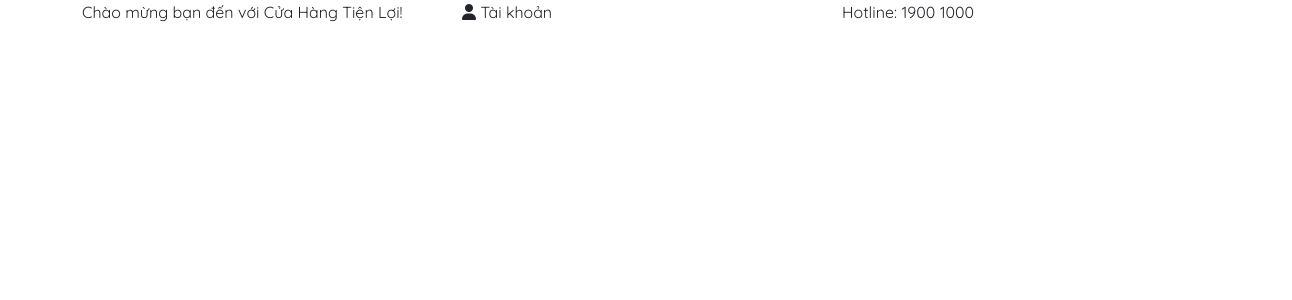
Repository: PAnhDuc/food.demo
Page: index.html
An editor plug-in stored every save of this project. The page is shown before and after the next save, followed by the edit.
The browser window is 1280 px wide. The page is 1280 px wide, then 1292 px, then 1280 px, so the pictures cover 1292 px, including what lies to the right of the window. The pictures show the whole page.
Some web libraries are served in a nearby version.

Above is the page before, as saved 2024-11-13 19:39:51.

### index.html
<!DOCTYPE html>
<html lang="en">

<head>
    <meta charset="UTF-8">
    <meta name="viewport" content="width=device-width, initial-scale=1.0">
    <title>Food Demo</title>
    <link rel="stylesheet" href="./assets/style.css">
    <link href="https://cdn.jsdelivr.net/npm/bootstrap@5.3.3/dist/css/bootstrap.min.css" rel="stylesheet"
        integrity="sha384-QWTKZyjpPEjISv5WaRU9OFeRpok6YctnYmDr5pNlyT2bRjXh0JMhjY6hW+ALEwIH" crossorigin="anonymous">
    <link rel="stylesheet" href="https://cdnjs.cloudflare.com/ajax/libs/font-awesome/6.6.0/css/all.min.css"
        integrity="sha512-Kc323vGBEqzTmouAECnVceyQqyqdsSiqLQISBL29aUW4U/M7pSPA/gEUZQqv1cwx4OnYxTxve5UMg5GT6L4JJg=="
        crossorigin="anonymous" referrerpolicy="no-referrer" />
</head>

<body>
    <div class="container">
        <div class="top-bar">
            <div class="row align-items-center">
                <div class="col">
                    <p class="top_bar-left">Chào mừng bạn đến với Cửa Hàng Tiện Lợi!</p>
                </div>
                <div class="col">
                    <p class="top_bar-right">
                        <i class="fa-solid fa-user"></i>
                        <span>Tài khoản</span>
                    </p>
                </div>
                <div class="col">
                    <p class="top_bar-right">Hotline: <span>1900 1000</span></p>
                </div>
            </div>
        </div>
        <div class="header">
            <div class="menu-top">

            </div>
            <div class="menu-bottom">

            </div>
        </div>
    </div>
    <script src="./assets/main.js"></script>
    <script src="https://cdn.jsdelivr.net/npm/bootstrap@5.3.3/dist/js/bootstrap.bundle.min.js"
        integrity="sha384-YvpcrYf0tY3lHB60NNkmXc5s9fDVZLESaAA55NDzOxhy9GkcIdslK1eN7N6jIeHz"
        crossorigin="anonymous"></script>
</body>

</html>

### assets/style.css
@import url('https://fonts.googleapis.com/css2?family=Quicksand:wght@300..700&display=swap');

* {
    margin: 0;
    padding: 0;
    box-sizing: border-box;
}

body {
    font-family: "Quicksand", sans-serif!important;
}

:root {
    --green: #008b4b;
    --yellow: #f8c144;
    --white: #fff;
}

.header .top-bar {
    background: var(--green);
}

Loaded but not shown: assets/main.js (no copy from this time; the picture is the same without it)

After the next save:
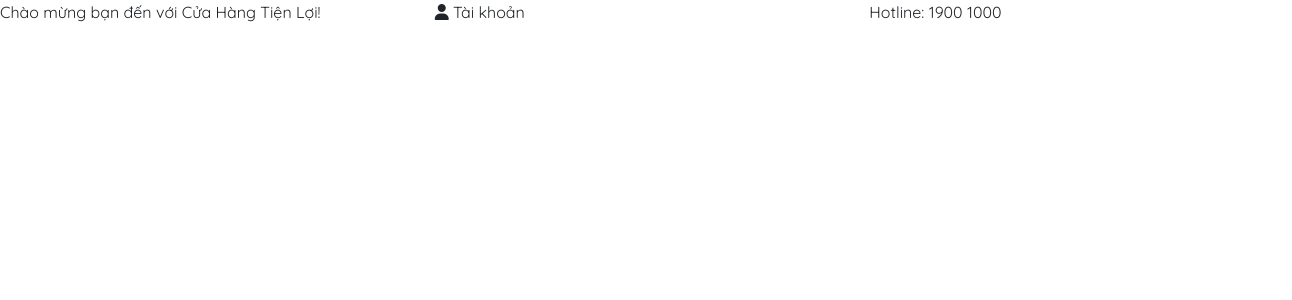
Saved 5 s later.
--- a/index.html
+++ b/index.html
@@ -14,23 +14,23 @@
 </head>
 
 <body>
-    <div class="container">
-        <div class="top-bar">
-            <div class="row align-items-center">
-                <div class="col">
-                    <p class="top_bar-left">Chào mừng bạn đến với Cửa Hàng Tiện Lợi!</p>
-                </div>
-                <div class="col">
-                    <p class="top_bar-right">
-                        <i class="fa-solid fa-user"></i>
-                        <span>Tài khoản</span>
-                    </p>
-                </div>
-                <div class="col">
-                    <p class="top_bar-right">Hotline: <span>1900 1000</span></p>
-                </div>
+    <div class="top-bar">
+        <div class="row align-items-center">
+            <div class="col">
+                <p class="top_bar-left">Chào mừng bạn đến với Cửa Hàng Tiện Lợi!</p>
+            </div>
+            <div class="col">
+                <p class="top_bar-right">
+                    <i class="fa-solid fa-user"></i>
+                    <span>Tài khoản</span>
+                </p>
+            </div>
+            <div class="col">
+                <p class="top_bar-right">Hotline: <span>1900 1000</span></p>
             </div>
         </div>
+    </div>
+    <div class="container">
         <div class="header">
             <div class="menu-top">
 

After the save that followed:
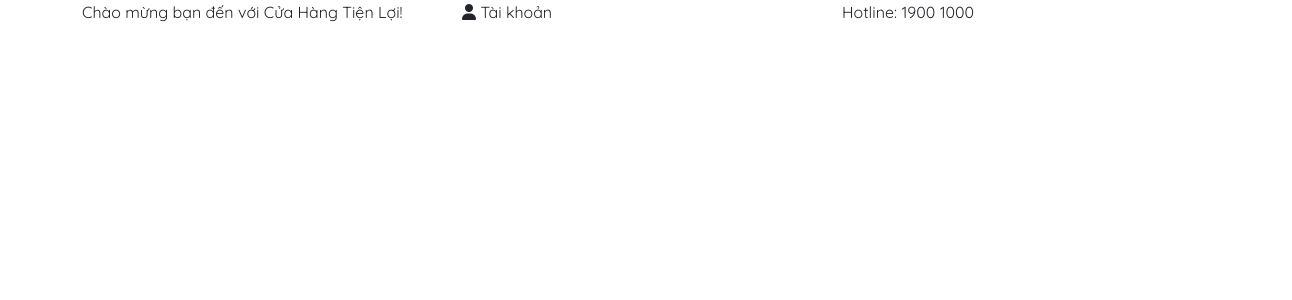
Saved 6 s later.
--- a/index.html
+++ b/index.html
@@ -14,23 +14,23 @@
 </head>
 
 <body>
-    <div class="top-bar">
-        <div class="row align-items-center">
-            <div class="col">
-                <p class="top_bar-left">Chào mừng bạn đến với Cửa Hàng Tiện Lợi!</p>
-            </div>
-            <div class="col">
-                <p class="top_bar-right">
-                    <i class="fa-solid fa-user"></i>
-                    <span>Tài khoản</span>
-                </p>
-            </div>
-            <div class="col">
-                <p class="top_bar-right">Hotline: <span>1900 1000</span></p>
+    <div class="container">
+        <div class="top-bar">
+            <div class="row align-items-center">
+                <div class="col">
+                    <p class="top_bar-left">Chào mừng bạn đến với Cửa Hàng Tiện Lợi!</p>
+                </div>
+                <div class="col">
+                    <p class="top_bar-right">
+                        <i class="fa-solid fa-user"></i>
+                        <span>Tài khoản</span>
+                    </p>
+                </div>
+                <div class="col">
+                    <p class="top_bar-right">Hotline: <span>1900 1000</span></p>
+                </div>
             </div>
         </div>
-    </div>
-    <div class="container">
         <div class="header">
             <div class="menu-top">
 
